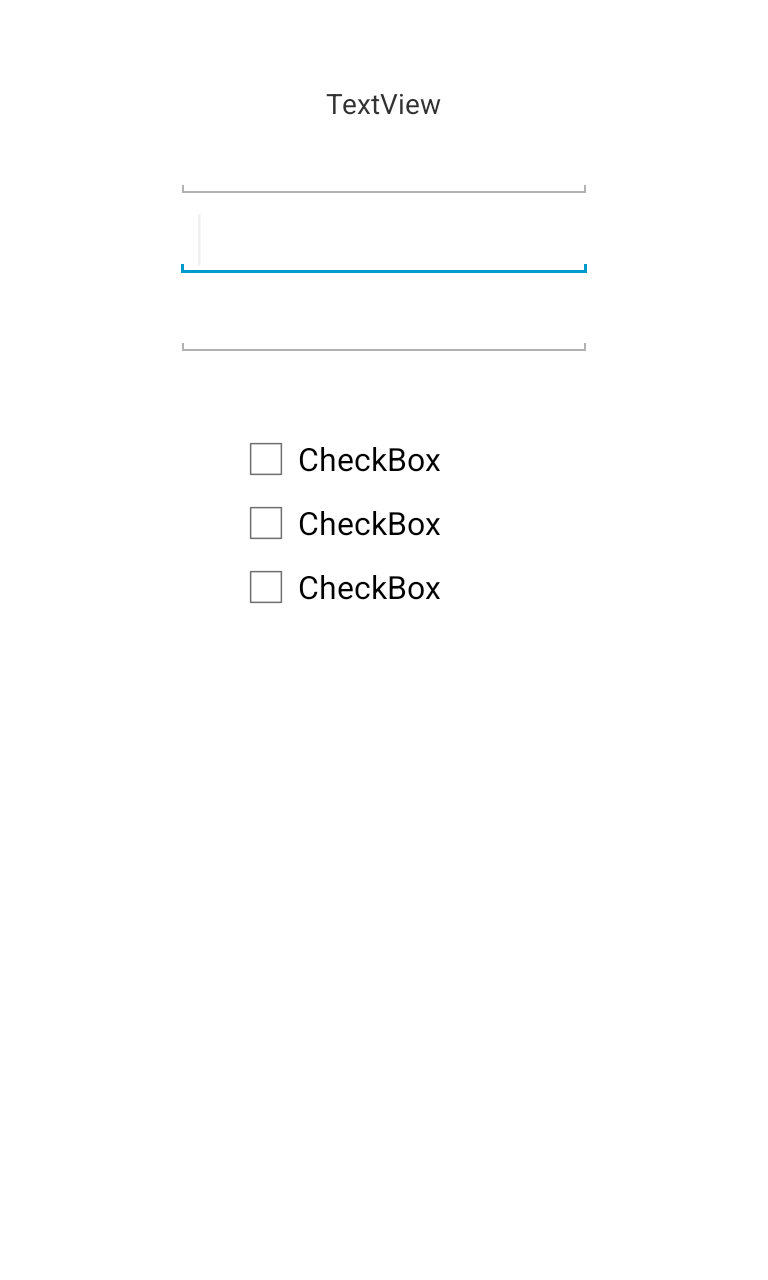
Repository: dev-lusaja/Clases-Android
Layout: Android.Clase3/res/layout/main.xml
An editor plug-in stored every save of this project. The layout is shown before and after the next save, followed by the edit.
It is drawn on a 768 x 1280 px phone screen (xhdpi) without system bars, with theme AppTheme; the app's code is not run.

Above is the layout before, as saved 2017-04-08 23:14:44.

After the next save:
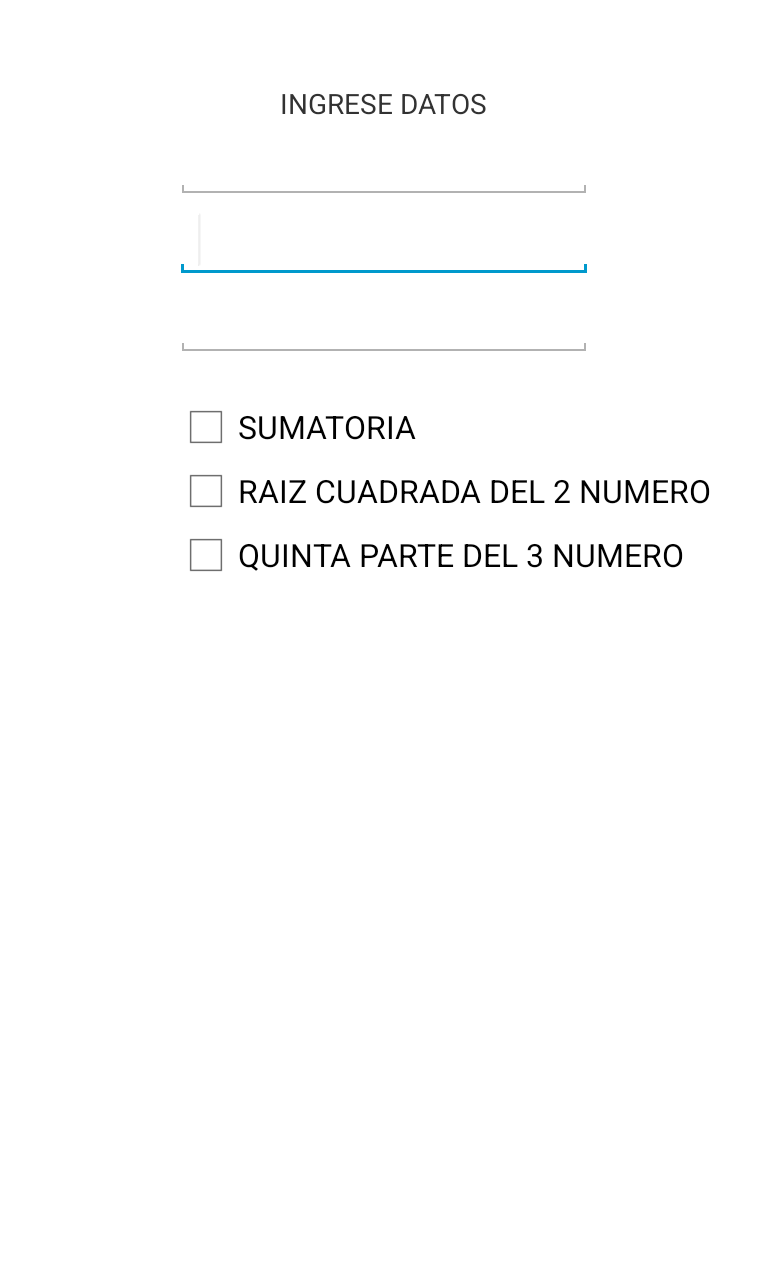
Saved 14 s later.
--- a/Android.Clase3/res/layout/main.xml
+++ b/Android.Clase3/res/layout/main.xml
@@ -15,16 +15,7 @@
         android:layout_alignParentTop="true"
         android:layout_centerHorizontal="true"
         android:layout_marginTop="26dp"
-        android:text="TextView" />
-
-    <CheckBox
-        android:id="@+id/chk1"
-        android:layout_width="wrap_content"
-        android:layout_height="wrap_content"
-        android:layout_alignRight="@+id/lbl1"
-        android:layout_below="@+id/txt3"
-        android:layout_marginTop="34dp"
-        android:text="CheckBox" />
+        android:text="@string/lbl1" />
 
     <EditText
         android:id="@+id/txt1"
@@ -54,19 +45,28 @@
         android:ems="10" />
 
     <CheckBox
+        android:id="@+id/chk3"
+        android:layout_width="wrap_content"
+        android:layout_height="wrap_content"
+        android:layout_alignLeft="@+id/chk2"
+        android:layout_below="@+id/chk2"
+        android:text="@string/chk3" />
+
+    <CheckBox
         android:id="@+id/chk2"
         android:layout_width="wrap_content"
         android:layout_height="wrap_content"
         android:layout_alignLeft="@+id/chk1"
         android:layout_below="@+id/chk1"
-        android:text="CheckBox" />
+        android:text="@string/chk2" />
 
     <CheckBox
-        android:id="@+id/chk3"
+        android:id="@+id/chk1"
         android:layout_width="wrap_content"
         android:layout_height="wrap_content"
-        android:layout_alignLeft="@+id/chk2"
-        android:layout_below="@+id/chk2"
-        android:text="CheckBox" />
+        android:layout_alignLeft="@+id/txt3"
+        android:layout_below="@+id/txt3"
+        android:layout_marginTop="18dp"
+        android:text="@string/chk1" />
 
 </RelativeLayout>
